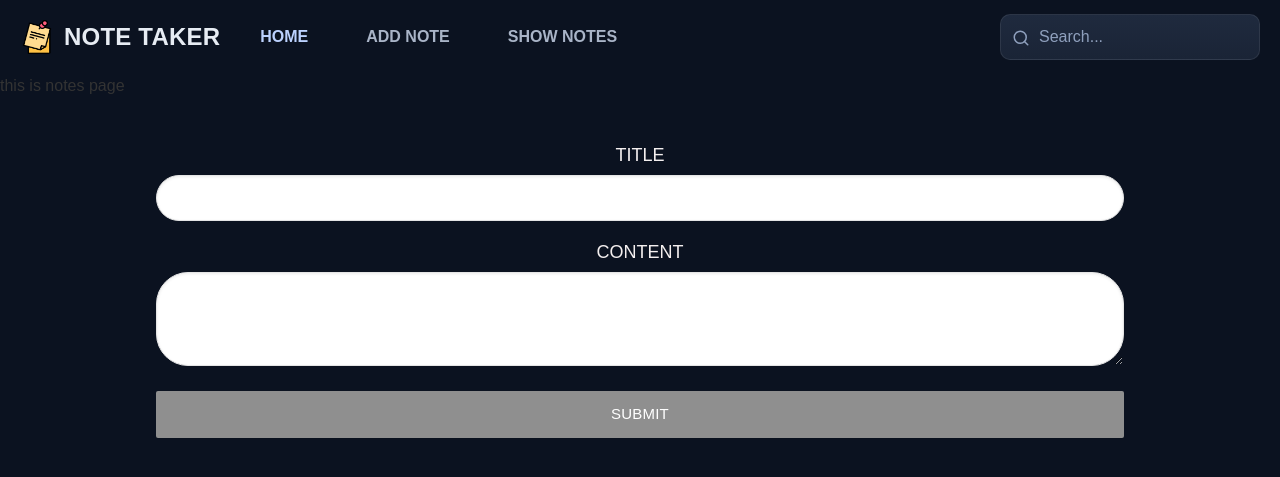
Repository: DEBDEEPTA/NOTE-TAKER
Page: http://localhost/NoteTaker/addnotes.jsp
An editor plug-in stored every save of this project. The page is shown before and after the next save, followed by the edit.
The browser window is 1280 px wide. The pictures show the whole page.
The pointer rests on the first visible `.submit-btn`.
Some web fonts or font styles are not loaded; a fallback is used. The page is served by Tomcat 9. Other server files are loaded and not shown.

Above is the page before, as saved 2025-10-03 07:28:04.

### NoteTaker/src/main/webapp/addnotes.jsp
<%@ page language="java" contentType="text/html; charset=UTF-8"
    pageEncoding="UTF-8"%>
<!DOCTYPE html>
<html>
<head>
<meta charset="UTF-8">

<meta name="viewport" content="width=device-width, initial-scale=1, shrink-to-fit=no">

    <!-- Bootstrap CSS -->
 <link rel="stylesheet" href="https://cdn.jsdelivr.net/npm/bootstrap@4.4.1/dist/css/bootstrap.min.css" integrity="sha384-Vkoo8x4CGsO3+Hhxv8T/Q5PaXtkKtu6ug5TOeNV6gBiFeWPGFN9MuhOf23Q9Ifjh" crossorigin="anonymous">

<title>ADD_NOTES</title>

</head>
<body>

	 <div class="navContainer">
   		<%@include file ="navbar.jsp"%>
   	</div>


   	<p>this is notes page</p>

   <!-- NOTE FORM -->

  <div class="formContainer">
   		<%@include file ="form.jsp"%>
   	</div>

</body>
</html>

### NoteTaker/src/main/webapp/navbar.jsp
<%@ page language="java" contentType="text/html; charset=UTF-8"
    pageEncoding="UTF-8"%>
<!DOCTYPE html>
<html>
<head>
<meta charset="UTF-8">
<meta name="viewport" content="width=device-width, initial-scale=1.0">

<title>NAVBAR</title>

 <link rel="stylesheet" href="./css/navbar.css">
 <link rel="preconnect" href="https://fonts.googleapis.com">
 <link rel="preconnect" href="https://fonts.gstatic.com" crossorigin>
 <link href="https://fonts.googleapis.com/css2?family=Inter:wght@400;500;600;700&display=swap" rel="stylesheet">
</head>



<body>
  <header class="site-header">
    <nav class="navbar" aria-label="Main navigation">
      <span class="brand" aria-label="Flowbite home">
        <img class="brand-logo" src="media/sticky-notes.png" alt="Note Taker logo" />
        <span class="brand-text">NOTE TAKER</span>
      </span>

      <button class="menu-toggle" aria-label="Open menu" aria-expanded="false" aria-controls="mobile-menu">
        <svg viewBox="0 0 24 24" width="24" height="24" fill="none" stroke="currentColor" stroke-width="2" stroke-linecap="round" stroke-linejoin="round" aria-hidden="true">
          <line x1="3" y1="6" x2="21" y2="6"></line>
          <line x1="3" y1="12" x2="21" y2="12"></line>
          <line x1="3" y1="18" x2="21" y2="18"></line>
        </svg>
      </button>


      <ul class="nav-links" role="list">
        <li><a class="nav-link active" href="index.jsp">HOME</a></li>
        <li><a class="nav-link" href="addnotes.jsp">ADD NOTE</a></li>
        <li><a class="nav-link" href="#services">SHOW NOTES</a></li>
      </ul>


      <form class="search" role="search" aria-label="Site">
        <span class="search-icon" aria-hidden="true">
          <svg viewBox="0 0 24 24" width="18" height="18" fill="none" stroke="currentColor" stroke-width="2" stroke-linecap="round" stroke-linejoin="round" aria-hidden="true">
            <circle cx="11" cy="11" r="8"></circle>
            <line x1="21" y1="21" x2="16.65" y2="16.65"></line>
          </svg>
        </span>
        <input class="search-input" type="search" placeholder="Search..." aria-label="Search" />
      </form>
    </nav>
  </header>
  <ul id="mobile-menu" class="mobile-menu" role="list" hidden>
    <li><a class="nav-link active" href="#">HOME</a></li>
    <li><a class="nav-link" href="#about">ADD NOTE</a></li>
    <li><a class="nav-link" href="#services">SHOW NOTES</a></li>
  </ul>
  <script>
  (function(){
    var toggle = document.querySelector('.menu-toggle');
    var menu = document.getElementById('mobile-menu');
    if(!toggle || !menu) return;
    toggle.addEventListener('click', function(){
      var isOpen = toggle.getAttribute('aria-expanded') === 'true';
      toggle.setAttribute('aria-expanded', String(!isOpen));
      menu.hidden = isOpen;
    });
    // Close menu when clicking a link
    menu.addEventListener('click', function(e){
      var target = e.target;
      if(target && target.tagName === 'A'){
        toggle.setAttribute('aria-expanded','false');
        menu.hidden = true;
      }
    });
  })();
  </script>
</body>


</html>

### NoteTaker/src/main/webapp/form.jsp
<!DOCTYPE html>
<html lang="en">
<head>
<meta charset="UTF-8">
<meta name="viewport" content="width=device-width, initial-scale=1.0">
<title>Contact Form</title>
<link rel="stylesheet" href="./css/form.css">
<link rel="preconnect" href="https://fonts.googleapis.com">
<link rel="preconnect" href="https://fonts.gstatic.com" crossorigin>
<link href="https://fonts.googleapis.com/css2?family=Alan+Sans:wght@300..900&family=Bungee+Inline&family=Fugaz+One&family=Ribeye+Marrow&display=swap" rel="stylesheet">
</head>
<body>
<div class="form-card">
<form action="#" method="post" class="contact-form" novalidate>
<div class="form-group">
<label for="phone">TITLE</label>
<input type="tel" id="phone" name="phone" placeholder="" />
<small class="hint" aria-hidden="true"></small>
<div class="error" aria-live="polite"></div>
</div>

<div class="form-group">
<label for="message">CONTENT</label>
<textarea id="message" name="message" rows="3"></textarea>
<div class="error" aria-live="polite"></div>
</div>

<button type="submit" class="submit-btn">SUBMIT</button>
</form>
</div>
</body>
</html>

### NoteTaker/src/main/webapp/css/navbar.css
:root{
  --bg:#0b1220;
  --panel:#1b2537;
  --panel-press:#223049;
  --text:#e7ecf3;
  --muted:#a9b4c7;
  --brand-start:#4f46e5;
  --brand-end:#06b6d4;
  --ring:rgba(99,102,241,.4);
}

*{box-sizing:border-box}
html,body{height:100%}
body{
  margin:0;
  font-family:"Inter",system-ui,-apple-system,Segoe UI,Roboto,Helvetica,Arial,sans-serif;
  background:var(--bg);
  color:var(--text);
}

.site-header{position:sticky;top:0;z-index:10;background:var(--bg)}

.navbar{
  display:flex;
  align-items:center;
  gap:24px;
  padding:14px 20px;
  max-width:100%;
  margin:0 auto;
}

.brand{display:flex;align-items:center;gap:10px;text-decoration:none;color:var(--text)}
.brand-text{font-size:24px;font-weight:700;letter-spacing:.2px}
/* sticky note image logo */
.brand-logo{width:34px;height:34px;display:inline-block;object-fit:contain;border-radius:6px}


/* hamburger button (hidden by default) */
.menu-toggle{display:none;margin-left:auto;background:none;border:0;color:var(--text);padding:8px;border-radius:8px;cursor:pointer}
.menu-toggle:hover{background:var(--panel)}
.menu-toggle:active{background:var(--panel-press)}

/* mobile dropdown menu */
.mobile-menu{list-style:none;margin:8px 20px 0;padding:8px;border:1px solid rgba(255,255,255,.08);background:linear-gradient(180deg,#1f2a3e,#1a2436);border-radius:12px;max-width:1200px}
.mobile-menu li + li{border-top:1px solid rgba(255,255,255,.06)}
.mobile-menu .nav-link{display:block;padding:12px 10px}


.nav-links{display:flex;align-items:center;gap:26px;list-style:none;margin:0;padding:0}
.nav-link{color:var(--muted);text-decoration:none;font-weight:600}
.nav-link:hover{color:var(--text)}
.nav-link.active{color:#bcd2ff}

.search{margin-left:auto;position:relative;display:flex;align-items:center}
.search-icon{position:absolute;left:12px;color:#8fa0bd}
.search-input{
  width:260px;
  padding:10px 12px 10px 38px;
  border-radius:10px;
  background:linear-gradient(180deg,#1f2a3e,#1a2436);
  border:1px solid rgba(255,255,255,.08);
  color:var(--text);
  outline:none;
  transition:box-shadow .15s ease, background-color .15s ease, border-color .15s ease;
}
.search-input::placeholder{color:#8fa0bd}
.search-input:focus{box-shadow:0 0 0 3px var(--ring);border-color:#6b79ff}
.search-input:hover{background:var(--panel)}
.search-input:active{background:var(--panel-press)}

/* responsiveness */
@media (max-width:720px){
  .navbar{gap:16px}
  .nav-links{display:none}
  .search-input{width:180px}
  .menu-toggle{display:inline-flex;align-items:center;justify-content:center}
}

### NoteTaker/src/main/webapp/css/form.css
/* Basic reset */
*{box-sizing:border-box}
html,body{margin:0;padding:0;font-family:Arial,Helvetica,sans-serif;color:#333}

/* Card container to mimic screenshot spacing */
.form-card{max-width:62rem;margin:32px auto;padding:12px}

/* Form */
.contact-form{display:block}
.form-group{margin-bottom:18px}
.form-group label{
    display:block;
    font-size:18px;
    color:#f4efef;
    margin-bottom:6px;
    text-align:center;

    font-family: "Fugaz One", sans-serif;
    font-weight: 400;
    font-style: normal;
}

/* Inputs look like white boxes with subtle inner shadow */
.contact-form input[type="tel"],

.contact-form textarea{
  width:100%;
  border:1px solid #e5e5e5;
  border-radius:2rem;
  padding:10px 8px;
  font-size:16px;
  font-weight:bold;
  outline:none;
  box-shadow:inset 0 1px 3px rgba(0,0,0,.08);
  text-align:center;
}
.contact-form textarea{resize:vertical;min-height:70px}
.contact-form input:focus,
.contact-form textarea:focus{border-color:#c9c9c9;box-shadow:inset 0 1px 3px rgba(0,0,0,.1),0 0 0 2px rgba(0,0,0,.02)}

/* Error/hint placeholders (not used now, but ready) */
.error{color:#c0392b;font-size:12px;margin-top:6px;display:none}
.hint{color:#aaa;font-size:11px}

/* Submit button: wide gray bar with white text */
.submit-btn{
  width:100%;

 	/* From https://css.glass */
	background: rgba(185, 183, 243, 0.16);
	border-radius: 16px;
	box-shadow: 0 4px 30px rgba(0, 0, 0, 0.1);
	backdrop-filter: blur(3.9px);
	-webkit-backdrop-filter: blur(3.9px);
	border: 1px solid rgba(185, 183, 243, 0.11);

  color:#fff;
  border:none;
  border-radius:2px;
  padding:12px 10px;
  font-size:15px;
  font-weight:600;
  letter-spacing:.2px;
  cursor:pointer;
  box-shadow:0 1px 0 rgba(0,0,0,.05);

  font-family: "Fugaz One", sans-serif;
  font-weight: 400;
  font-style: normal;
}
.submit-btn:hover{background:#8f8f8f}
.submit-btn:active{background:#858585}

After the next save:
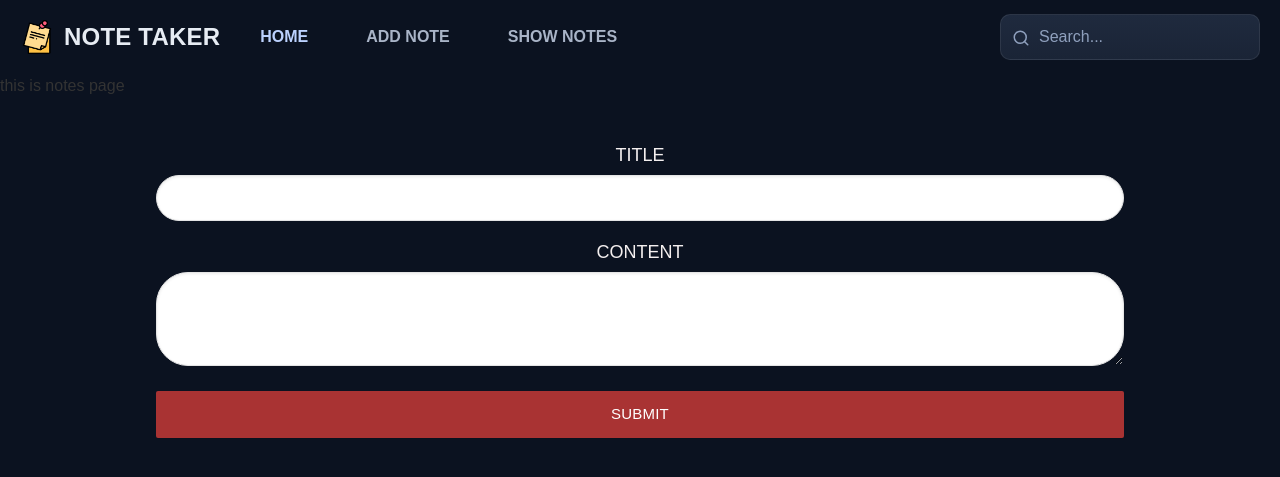
Saved 75 s later.
--- a/NoteTaker/src/main/webapp/css/form.css
+++ b/NoteTaker/src/main/webapp/css/form.css
@@ -68,5 +68,5 @@ html,body{margin:0;padding:0;font-family:Arial,Helvetica,sans-serif;color:#333}
   font-weight: 400;
   font-style: normal;
 }
-.submit-btn:hover{background:#8f8f8f}
-.submit-btn:active{background:#858585}
+.submit-btn:hover{background:#a93333}
+.submit-btn:active{background:#a93333}
